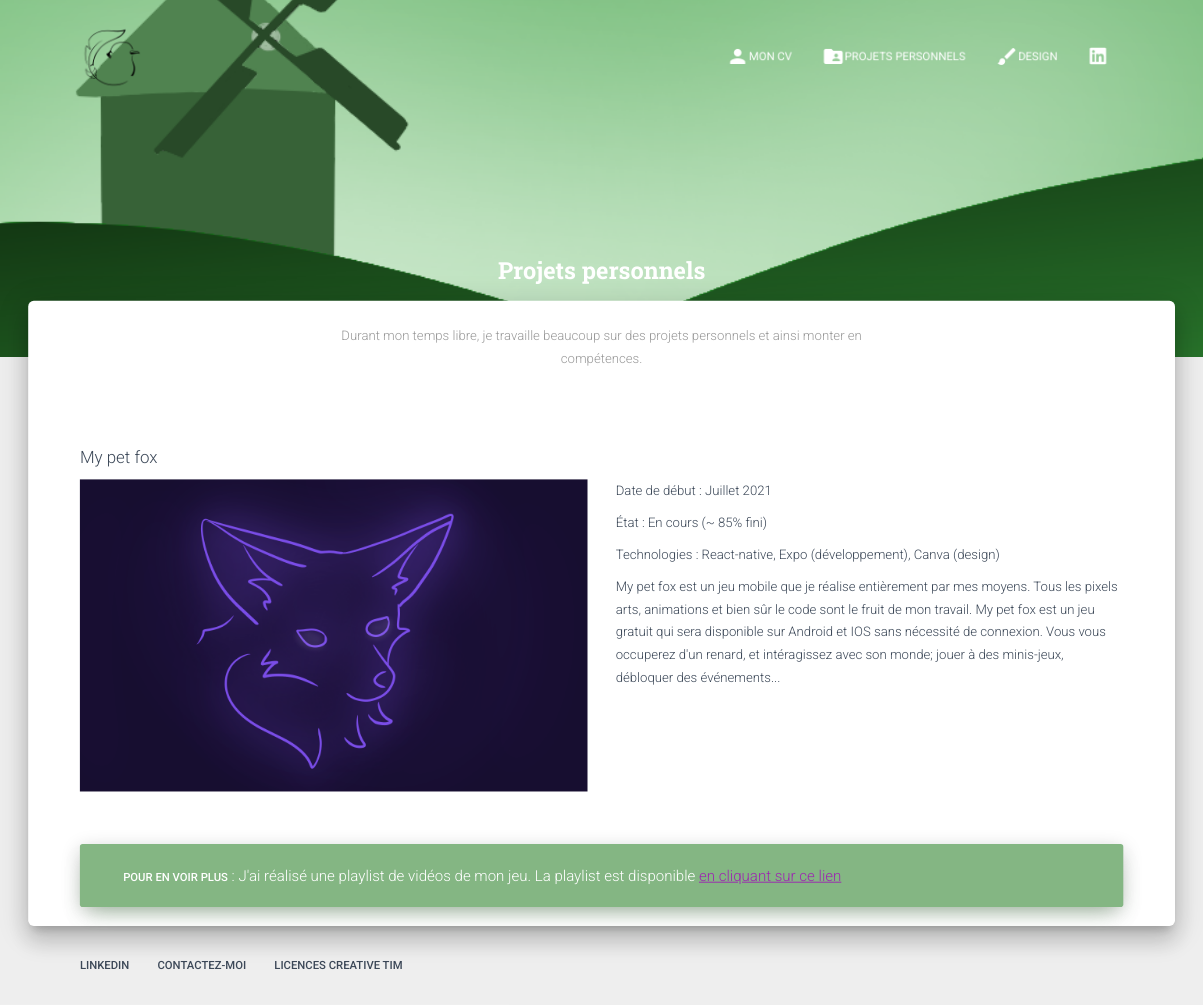
Repository: sdeschaepmeester/NewPortfolio
Page: /#/projects
These files come from the project's save history. The page is drawn as it stood at one moment and after the next save; the edit follows.
The browser window is 1280 px wide. The pictures show the whole page, at 94% of full size.
Some web libraries are served in a nearby version. The project was rebuilt for these pictures with package versions that can differ from the ones it lists, and the page was loaded fresh each time. Also part of the build but not shown: vue.config.js, src/views/components/APropos.vue, src/views/components/NavigationSection.vue, src/views/components/SmallNavigationSection.vue, src/components/Dropdown.vue, src/components/Pagination.vue, src/components/Slider.vue, src/components/Badge.vue and 15 more.

Above is the page before, as saved 2022-07-11 18:47:00.

After the next save:
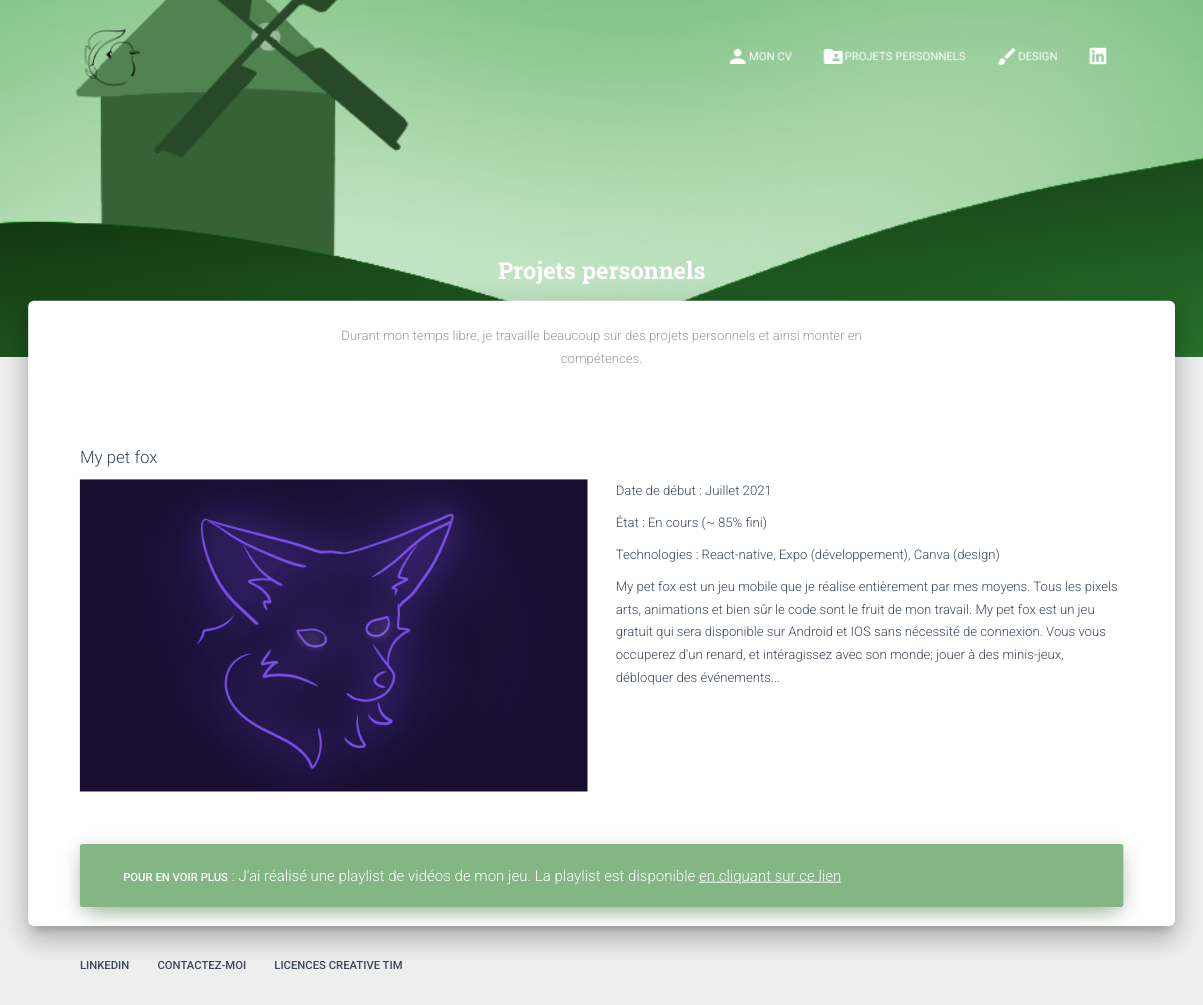
Saved 10 s later.
--- a/src/views/Projects.vue
+++ b/src/views/Projects.vue
@@ -95,7 +95,7 @@ export default {
 
 <style lang="scss" scoped>
 .linkClick{
-  color: white;
+  color: white!important;;
   text-decoration: underline
 }
 .linkClick:hover{
